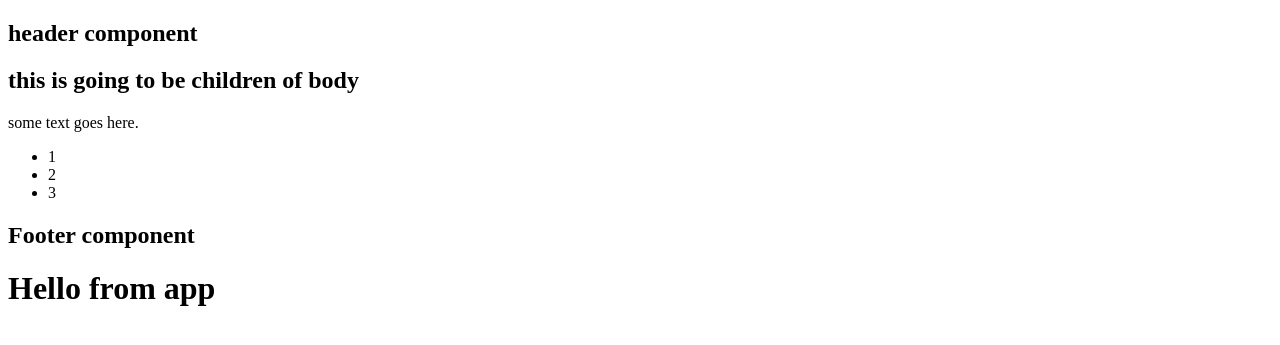
Repository: 1sanjeetsharma/cult-fit-clone
Page: /
An editor plug-in stored every save of this project. The page is shown before and after the next save, followed by the edit.
The browser window is 1280 px wide. The pictures show the whole page.
The project was rebuilt for these pictures with package versions that can differ from the ones it lists, and the page was loaded fresh each time. Also part of the build but not shown: vite.config.js.

Above is the page before, as saved 2023-07-01 21:43:43.

After the next save:
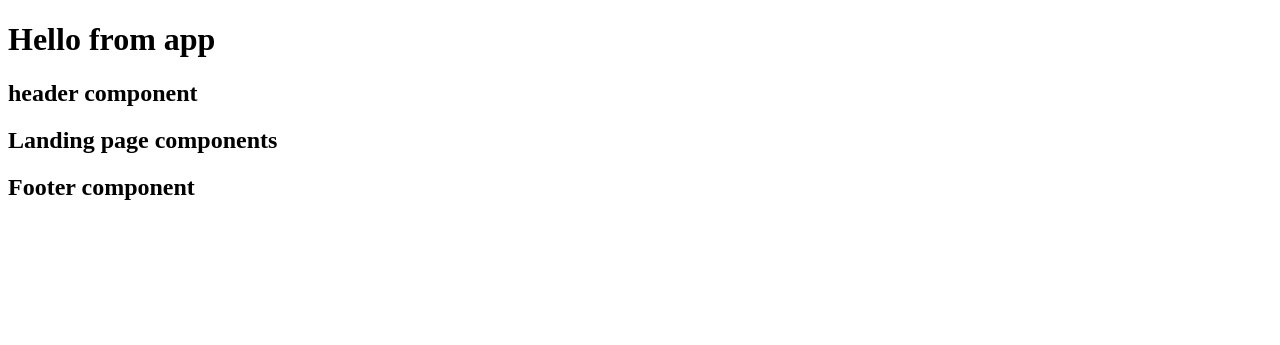
Saved 57 s later.
--- a/src/App.jsx
+++ b/src/App.jsx
@@ -1,17 +1,9 @@
-import Body from "./components/body/body";
+import LandingPage from "./components/landingPage/LandingPage";
 function App() {
   return (
     <>
-      <Body roll="11">
-        <h2>this is going to be children of body</h2>
-        <p>some text goes here.</p>
-        <ul>
-          <li>1</li>
-          <li>2</li>
-          <li>3</li>
-        </ul>
-      </Body>
       <h1>Hello from app</h1>
+      <LandingPage />
     </>
   );
 }
